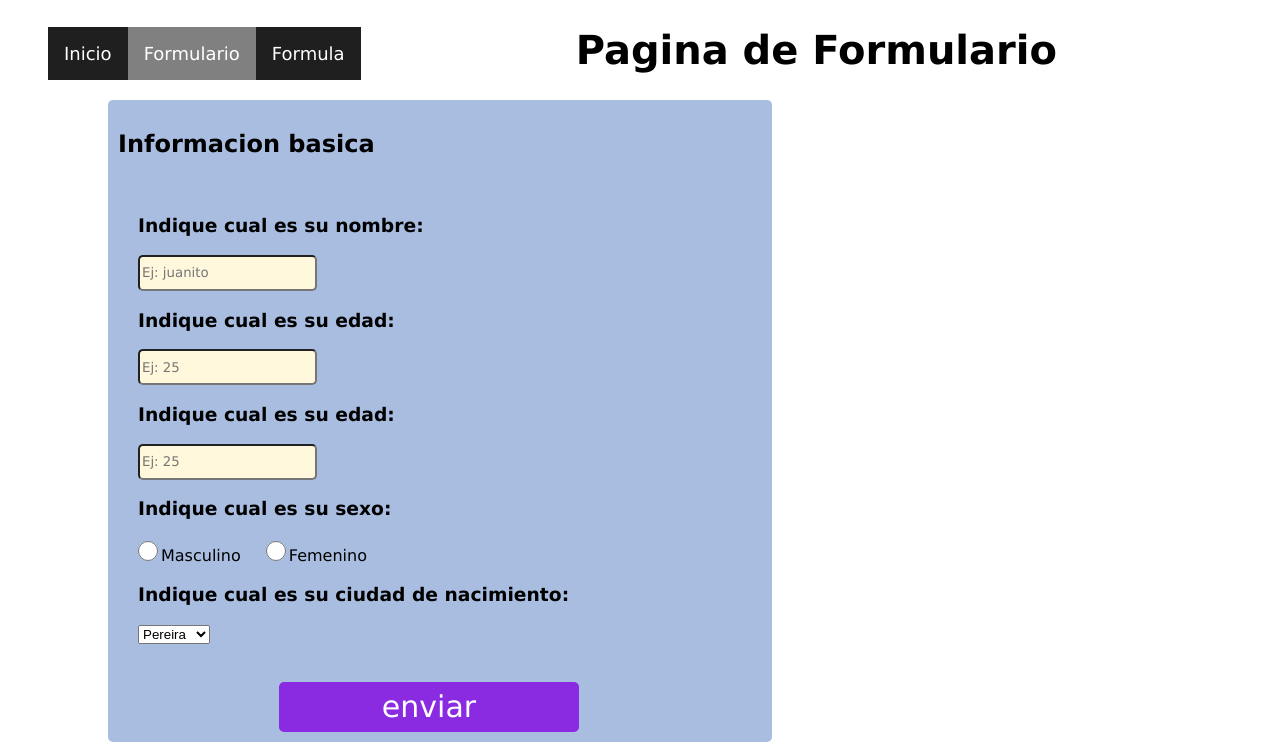
Repository: misterySnow94/tutoriales
Page: pagina basica/formulario.html
These files come from the project's save history. The page is drawn as it stood at one moment and after the next save; the edit follows.
The browser window is 1280 px wide. The pictures show the whole page.

Above is the page before, as saved 2019-11-04 00:26:13.

### pagina basica/formulario.html
<!DOCTYPE html>
<html lang="en">
<head>
    <meta charset="UTF-8">
    <meta name="viewport" content="width=device-width, initial-scale=1.0">
    <meta http-equiv="X-UA-Compatible" content="ie=edge">
    <title>inicio</title>
    <link rel="stylesheet" href="css/style.css">
</head>
<body>
    <nav>
        <ul>
            <li><a href="index.html"> Inicio </a></li>
            <li class="active"><a href="formulario.html">Formulario</a></li>
            <li><a href="formula.html">Formula</a></li>
        </ul>
    </nav>

    <div class="contenido">
        <h1>Pagina de Formulario</h1>

        <form action="">
            <h2>Informacion basica</h2>
            <label for="nombre">
                <h3>Indique cual es su nombre:</h3>
                <input type="text" placeholder="Ej: juanito" name="nombre">
            </label>
            <label for="edad">
                <h3>Indique cual es su edad:</h3>
                <input type="number" placeholder="Ej: 25" name="edad">
            </label>
            <label for="edad">
                <h3>Indique cual es su edad:</h3>
                <input type="number" placeholder="Ej: 25" name="edad">
            </label>
            <label for="sexo">
                <h3>Indique cual es su sexo:</h3>
                <input class="radio" type="radio" name="sexo">Masculino
                <input class="radio" type="radio" name="sexo">Femenino
            </label>
            <label for="ciudad">
                <h3>Indique cual es su ciudad de nacimiento:</h3>
                <select name="ciudad">
                    <option value="">Pereira</option>
                    <option value="">Cali</option>
                    <option value="">Medellin</option>
                    <option value="">Bogota</option>
                </select>
            </label>
            <br><br><br>
            <button>enviar</button>
        </form>
    </div>
</body>
</html>

### pagina basica/css/style.css
body{
    font-family: 'Lucida Sans', 'Lucida Sans Regular', 'Lucida Grande', 'Lucida Sans Unicode', Geneva, Verdana, sans-serif;
}

li{
    float: left;
    list-style: none;
    padding: 16px;
    background-color: rgb(31, 31, 31);
}

.active{
    background-color: gray;
}

li:hover{
    background-color: gray;
}

a{
    color: white;
    text-decoration: none;
    font-size: 18px;
}

h1{
    text-align: center;
    font-size: 40px;
}

form{
    margin-left: 100px;
    margin-right: 500px;
    background-color: rgb(169, 189, 224);
    border-radius: 5px;
    padding: 10px;
}

label, input, h3 , select{
    margin-left: 20px;
}

input{
    border-radius: 5px;
    height: 30px;
    font-family: 'Lucida Sans', 'Lucida Sans Regular', 'Lucida Grande', 'Lucida Sans Unicode', Geneva, Verdana, sans-serif;
    background-color: cornsilk;
}

button{
    background-color: blueviolet;
    height: 50px;
    width: 300px;
    border:none;
    border-radius: 5px;
    font-family: 'Lucida Sans', 'Lucida Sans Regular', 'Lucida Grande', 'Lucida Sans Unicode', Geneva, Verdana, sans-serif;
    font-size: 30px;
    color:white;
    margin-left: 25%;
}

button:hover{
    background-color: rgb(190, 140, 236);
    color:black;
}

.radio{
    width: 20px;
    height: 20px;
}

After the next save:
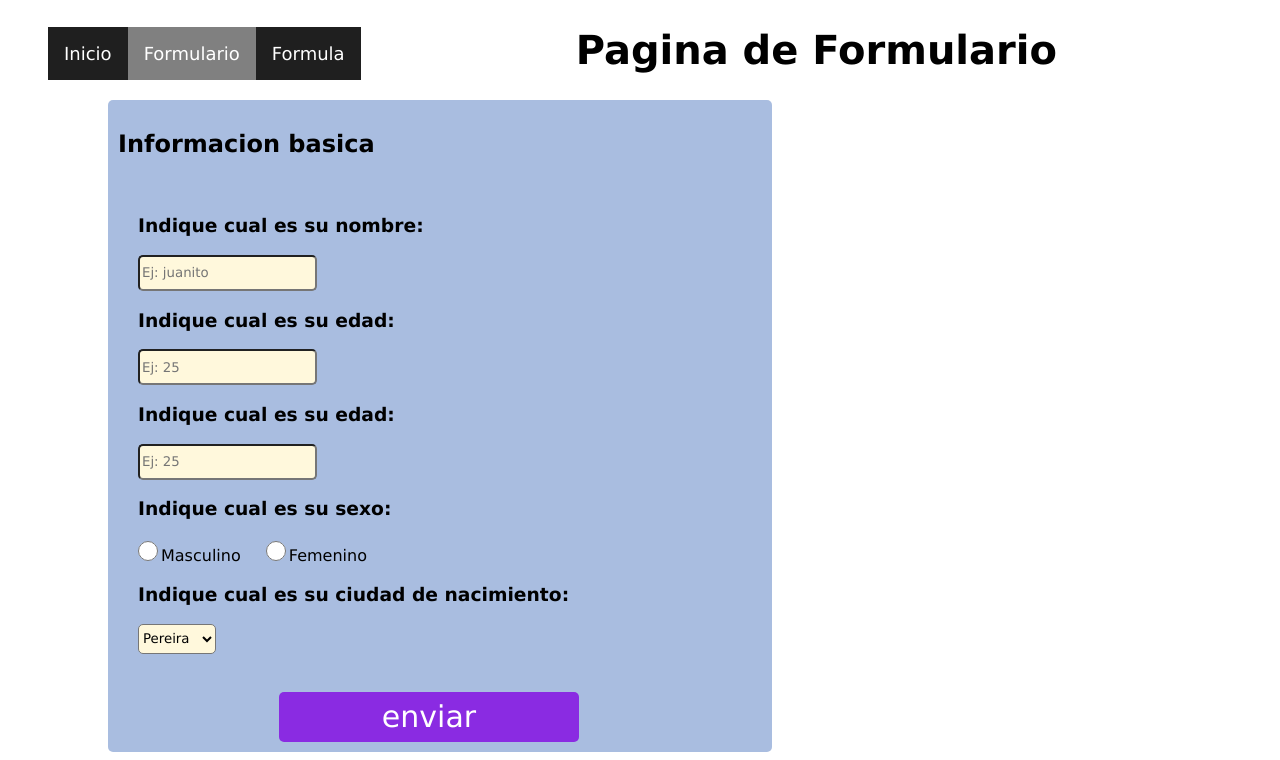
Saved 11 s later.
--- a/pagina basica/css/style.css
+++ b/pagina basica/css/style.css
@@ -40,7 +40,7 @@ label, input, h3 , select{
     margin-left: 20px;
 }
 
-input{
+input, select{
     border-radius: 5px;
     height: 30px;
     font-family: 'Lucida Sans', 'Lucida Sans Regular', 'Lucida Grande', 'Lucida Sans Unicode', Geneva, Verdana, sans-serif;
